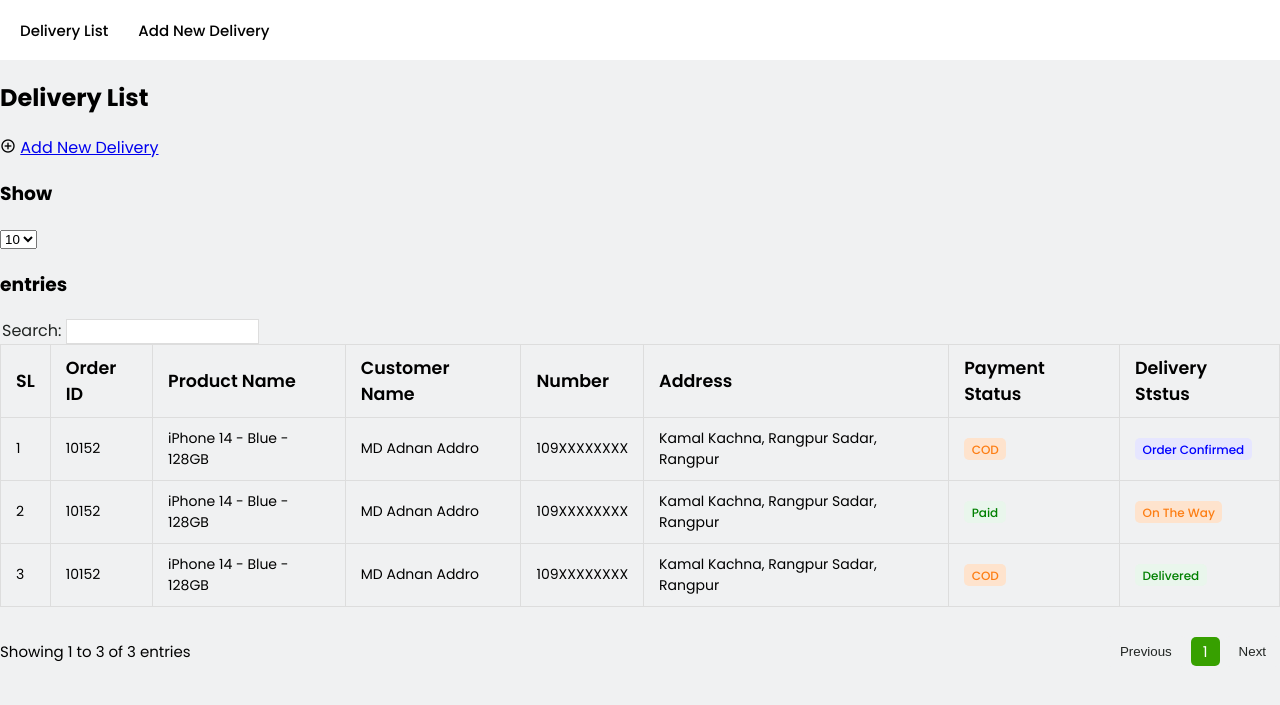
Repository: codebyaddro/delivery-page
Page: delivery.html
These files come from the project's save history. The page is drawn as it stood at one moment and after the next save; the edit follows.
The browser window is 1280 px wide. The pictures show the whole page.

Above is the page before, as saved 2025-02-27 14:33:40.

After the next save:
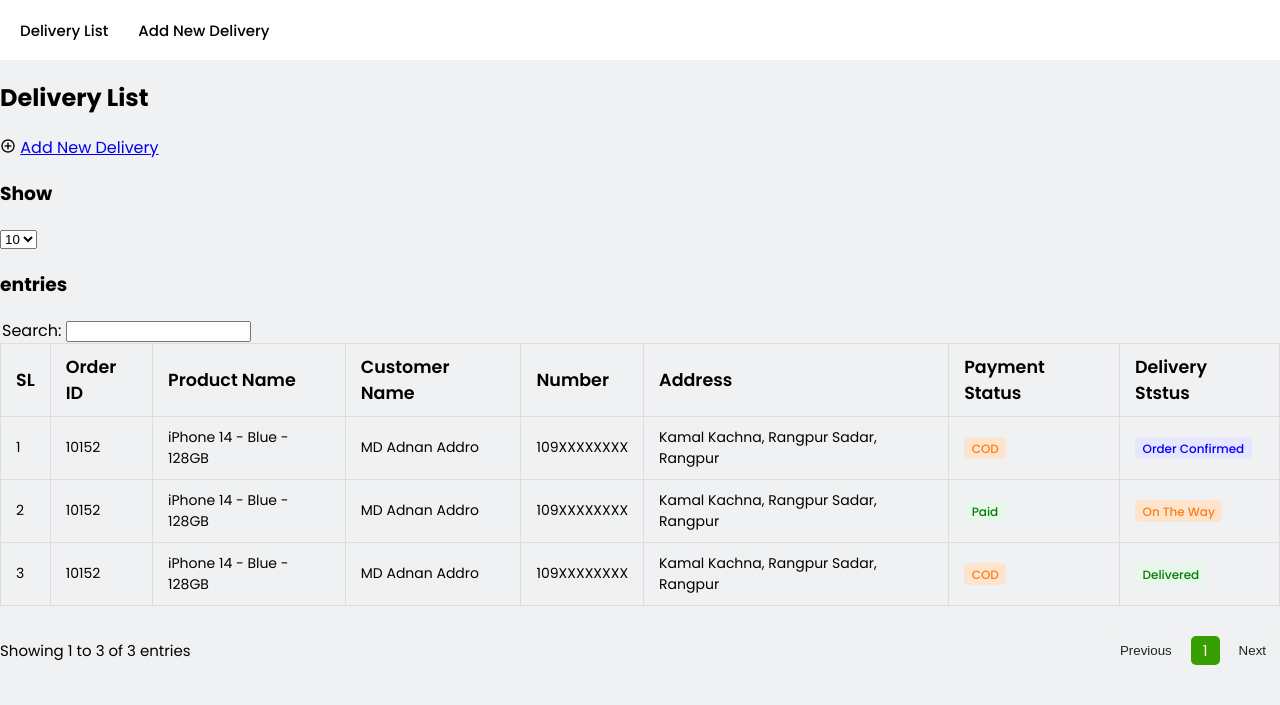
Saved 13 s later.
--- a/delivery.html
+++ b/delivery.html
@@ -36,7 +36,7 @@
                     </select>
                     <h3>entries</h3>
                 </div>
-                <div class="search-box">
+                <div class="cba-delivery-search-box">
                     <legend>Search: <input type="text"></legend>
                 </div>
             </div>
